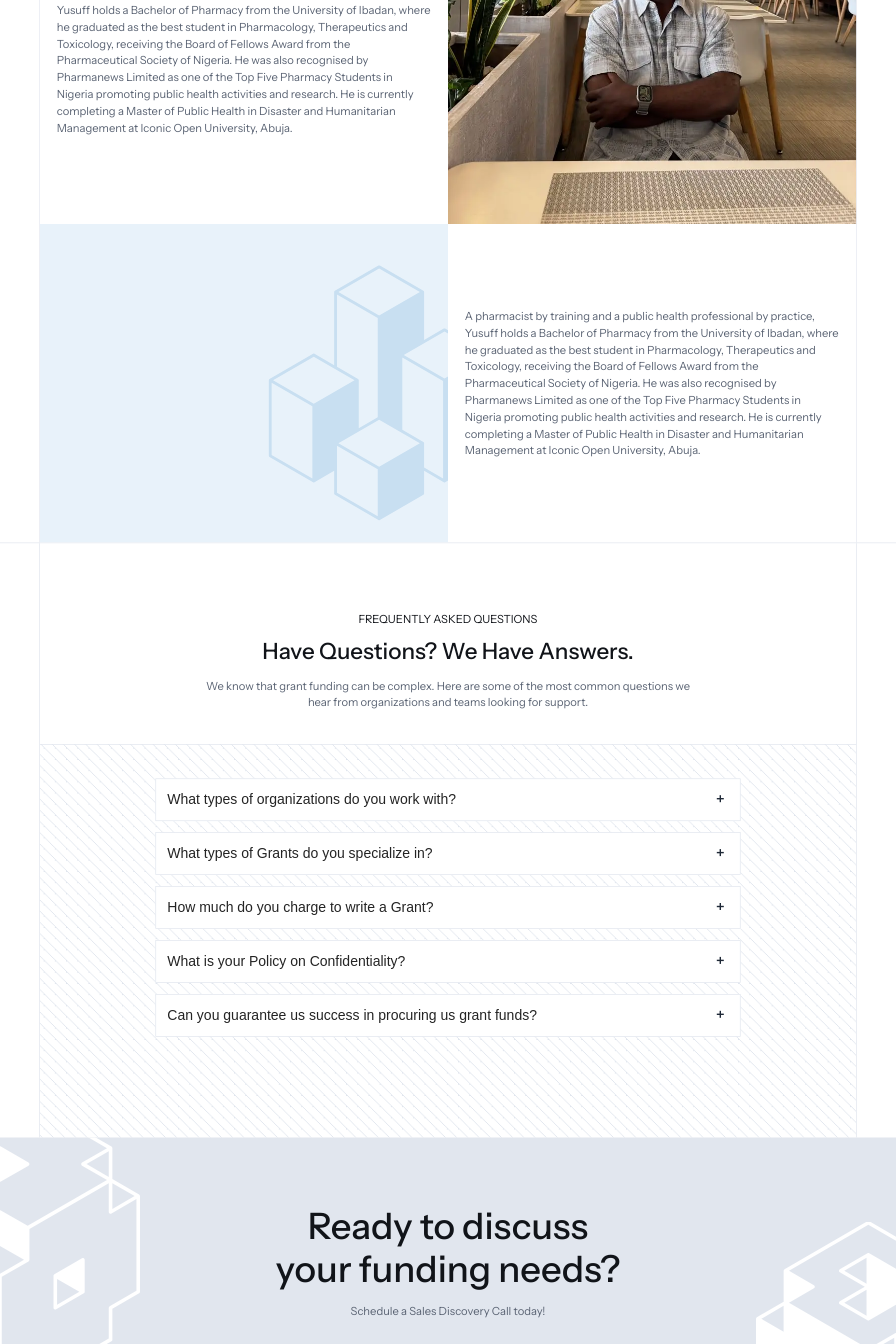
Repository: Ajeyinka/Upgrowth
Page: index.html
These files come from the project's save history. The page is drawn as it stood at one moment and after the next save; the edit follows.
The browser window is 1280 px wide. The pictures show the part of the page from y = 4580 to 6500 px (the page is 7080 px tall before and 6624 px after), at 70% of full size.

Above is the page before, as saved 2026-09-24 18:27:00.

After the next save:
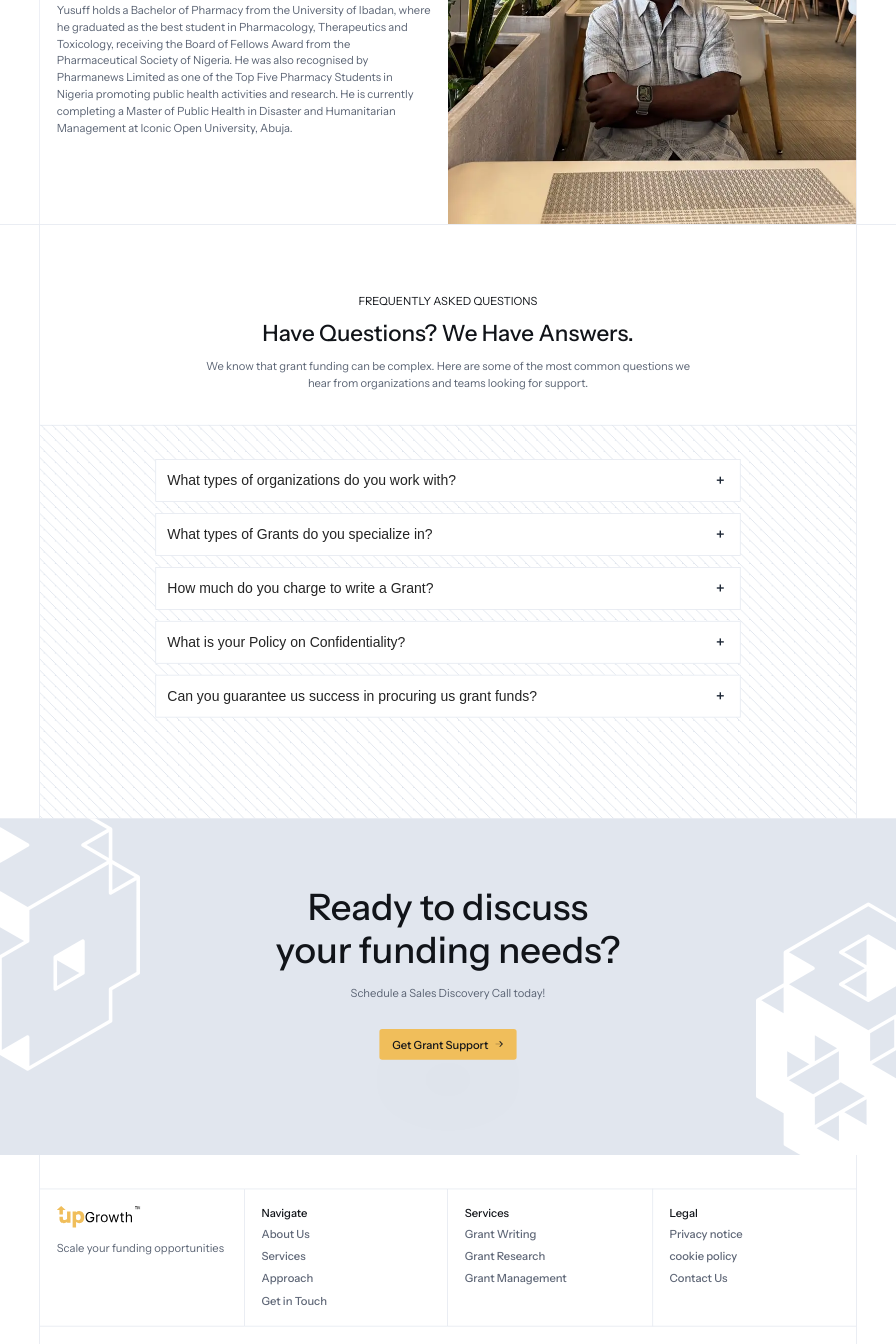
Saved 30 s later.
--- a/index.html
+++ b/index.html
@@ -282,23 +282,7 @@
             </div>
           </div>
 
-          <div class="two-col-grid">
-            <div class="grid-image">
-              <img src="images/firstbg.svg" alt="" />
-            </div>
-
-            <div class="grid-text">
-              <div>
-                <p>
-                 A pharmacist by training and a public health professional by practice, Yusuff holds a Bachelor of Pharmacy from the University of Ibadan, where he graduated as the best student in Pharmacology, Therapeutics and Toxicology, receiving the Board of Fellows Award from the Pharmaceutical Society of Nigeria. He was also recognised by Pharmanews Limited as one of the Top Five Pharmacy Students in Nigeria promoting public health activities and research. He is currently completing a Master of Public Health in Disaster and Humanitarian Management at Iconic Open University, Abuja.
-                </p>
-
-
-              </div>
-
-
-            </div>
-          </div>
+
         </div>
       </div>
     </div>
